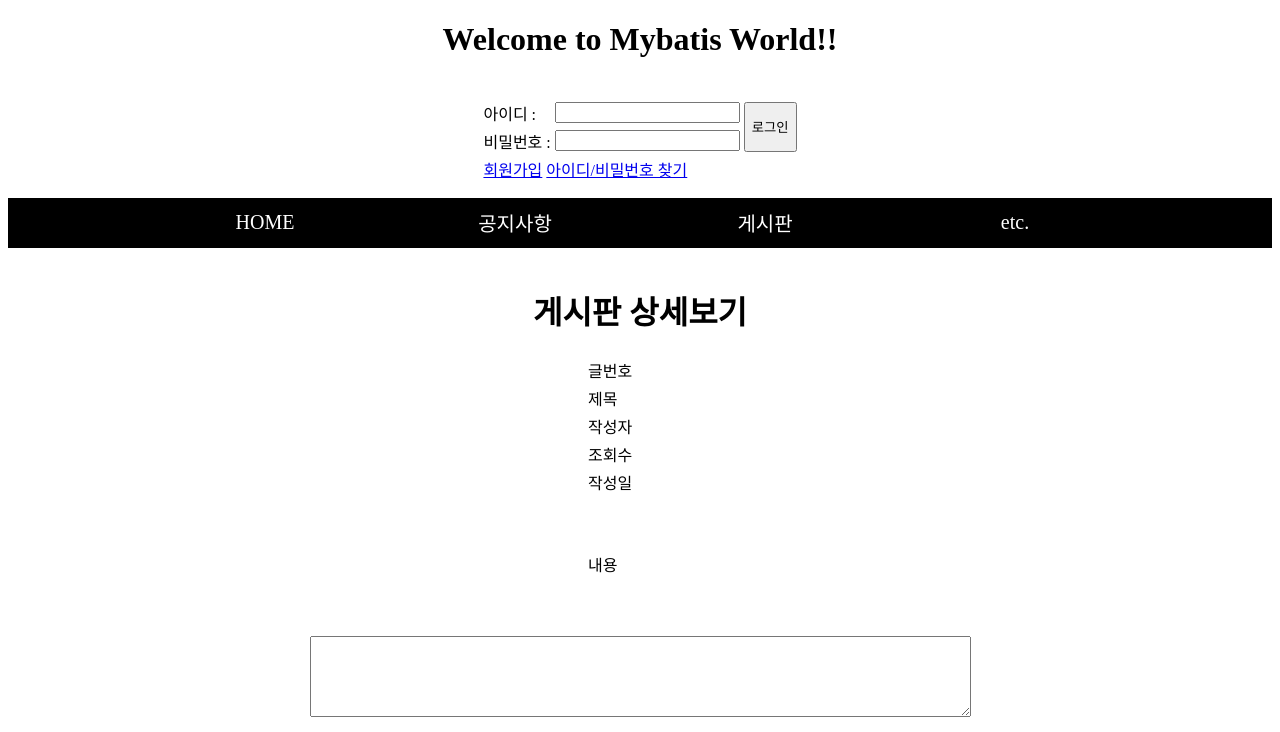
Repository: WOOOOOOOONG/KH_Framework
Page: http://localhost/mybatisProject/views/board/boardDetail.jsp
These files come from the project's save history. The page is drawn as it stood at one moment and after the next save; the edit follows.
The browser window is 1280 px wide. The pictures show the whole page.
The page is served by Tomcat 9. The template is opened directly, without the code that normally fills it, so the values that code supplies are empty.

Above is the page before, as saved 2020-01-07 10:12:27.

After the next save:
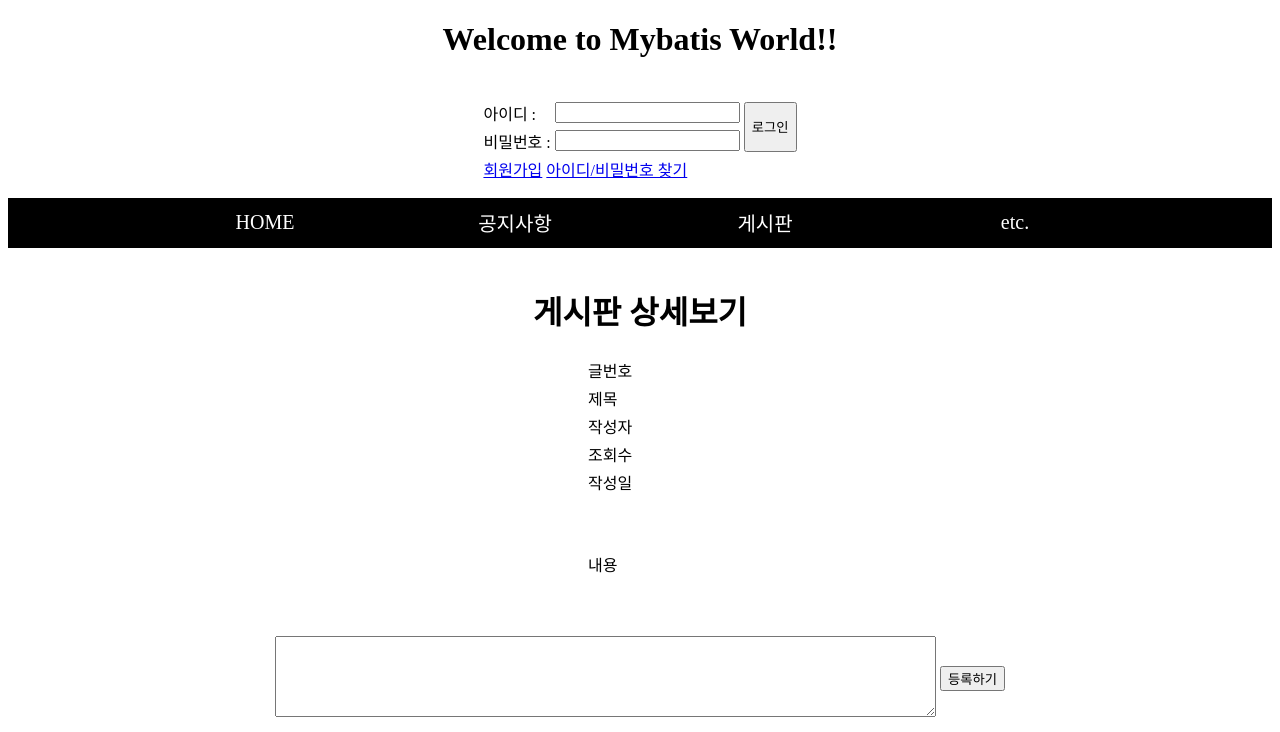
Saved 27 s later.
--- a/1_MyBatis/mybatisProject/webapp/views/board/boardDetail.jsp
+++ b/1_MyBatis/mybatisProject/webapp/views/board/boardDetail.jsp
@@ -47,6 +47,9 @@
 						<input type="hidden" name="bId" value="${ b.bId }">
 						<textarea cols="80" rows="5" name="content"></textarea>
 					</td>
+					<td>
+						<button>등록하기</button>
+					</td>
 				</tr>
 			</table>
 		</form>
